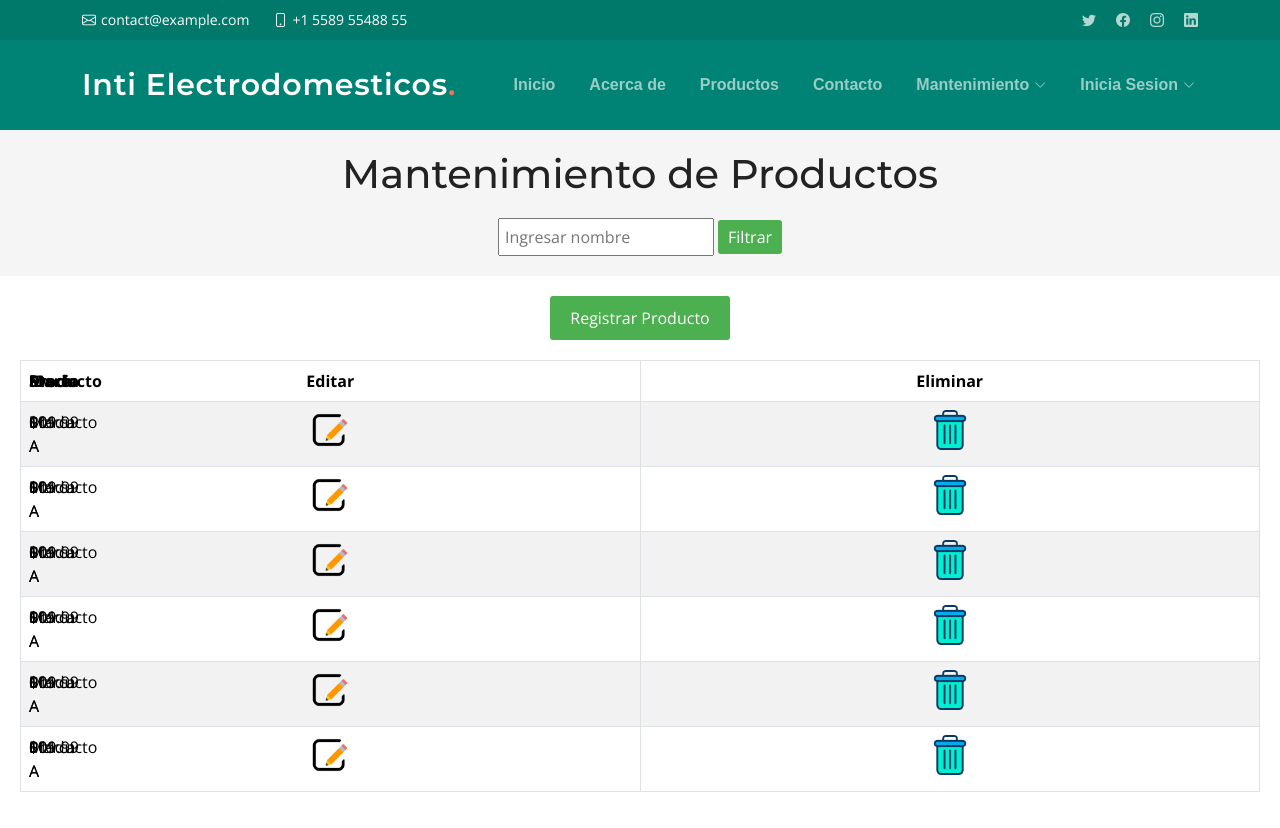
Repository: JReynaldoDelRio/DAWI---IntiElectrdomesticos
Page: http://localhost/mantenimientoProducto
The author's editor kept a copy of each file at every save. The page is drawn from the files as they stood at one save, then again after the next save.
The browser window is 1280 px wide. The pictures show the whole page.
Some web fonts or font styles are not loaded; a fallback is used. Some web libraries are served in a nearby version. The page is this project's Thymeleaf template; nobody is signed in. The template is opened directly, without the code that normally fills it, so the values that code supplies are empty.

Above is the page before, as saved 2023-06-07 17:29:30.

### IntiElectrodomesticos/src/main/resources/templates/mantenimientoProducto.html
<!DOCTYPE html>
<html>
<head>
<meta charset="ISO-8859-1">
  <meta charset="utf-8">
  <meta content="width=device-width, initial-scale=1.0" name="viewport">

<link rel="stylesheet" href="css/producto.css">

  <link href="assets/img/favicon.png" rel="icon">
  <link href="assets/img/apple-touch-icon.png" rel="apple-touch-icon">

  <link rel="preconnect" href="https://fonts.googleapis.com">
  <link rel="preconnect" href="https://fonts.gstatic.com" crossorigin>
  <link href="https://fonts.googleapis.com/css2?family=Open+Sans:ital,wght@0,300;0,400;0,500;0,600;0,700;1,300;1,400;1,600;1,700&family=Montserrat:ital,wght@0,300;0,400;0,500;0,600;0,700;1,300;1,400;1,500;1,600;1,700&family=Raleway:ital,wght@0,300;0,400;0,500;0,600;0,700;1,300;1,400;1,500;1,600;1,700&display=swap" rel="stylesheet">

  <link href="assets/vendor/bootstrap/css/bootstrap.min.css" rel="stylesheet">
  <link href="assets/vendor/bootstrap-icons/bootstrap-icons.css" rel="stylesheet">
  <link href="assets/vendor/aos/aos.css" rel="stylesheet">
  <link href="assets/vendor/glightbox/css/glightbox.min.css" rel="stylesheet">
  <link href="assets/vendor/swiper/swiper-bundle.min.css" rel="stylesheet">
  <link rel="stylesheet" href="https://cdn.jsdelivr.net/npm/bootstrap@5.7.1/dist/css/bootstrap.min.css">


  <link href="assets/css/main.css" rel="stylesheet">

<title>Mantenimiento Producto</title>
</head>
<body>

<section id="topbar" class="topbar d-flex align-items-center">
    <div class="container d-flex justify-content-center justify-content-md-between">
      <div class="contact-info d-flex align-items-center">
        <i class="bi bi-envelope d-flex align-items-center"><a href="mailto:contact@example.com">contact@example.com</a></i>
        <i class="bi bi-phone d-flex align-items-center ms-4"><span>+1 5589 55488 55</span></i>
      </div>
      <div class="social-links d-none d-md-flex align-items-center">
        <a href="#" class="twitter"><i class="bi bi-twitter"></i></a>
        <a href="#" class="facebook"><i class="bi bi-facebook"></i></a>
        <a href="#" class="instagram"><i class="bi bi-instagram"></i></a>
        <a href="#" class="linkedin"><i class="bi bi-linkedin"></i></i></a>
      </div>
    </div>
  </section>

  <header id="header" class="header d-flex align-items-center">

    <div class="container-fluid container-xl d-flex align-items-center justify-content-between">
      <a href="index.html" class="logo d-flex align-items-center">

        <!-- <img src="assets/img/logo.png" alt=""> -->
        <h1>Inti Electrodomesticos<span>.</span></h1>
      </a>
      <nav id="navbar" class="navbar">
        <ul>
          <li><a href="/inicio">Inicio</a></li>
          <li><a href="#about">Acerca de </a></li>

          <li><a href="#portfolio">Productos</a></li>



          <li><a href="#contact">Contacto</a></li>
          <li class="dropdown"><a href="#"><span>Mantenimiento</span> <i class="bi bi-chevron-down dropdown-indicator"></i></a>
            <ul>

              <li class="dropdown"><a href="/mantenimientoProducto"><span>Productos</span> <i class="bi bi-chevron-down dropdown-indicator"></i></a>
              </li>
              <li class="dropdown"><a href="#"><span>Cliente</span> <i class="bi bi-chevron-down dropdown-indicator"></i></a>
                <ul>
                  <li><a href="#">Listar</a></li>
                  <li><a href="#">Agregar</a></li>
                  <li><a href="#">Eliminar</a></li>
                  <li><a href="#">Actualizar</a></li>
                </ul>
              </li>
              <li class="dropdown"><a href="#"><span>Proveedor</span> <i class="bi bi-chevron-down dropdown-indicator"></i></a>
                <ul>
                  <li><a href="#">Listar</a></li>
                  <li><a href="#">Agregar</a></li>
                  <li><a href="#">Eliminar</a></li>
                  <li><a href="#">Actualizar</a></li>
                </ul>
              </li>
              <li class="dropdown"><a href="#"><span>Factura</span> <i class="bi bi-chevron-down dropdown-indicator"></i></a>
                <ul>
                  <li><a href="#">Listar</a></li>
                  <li><a href="#">Agregar</a></li>
                  <li><a href="#">Eliminar</a></li>
                  <li><a href="#">Actualizar</a></li>
                </ul>
              </li>


            </ul>
          </li>
          <li class="dropdown"><a href="#"><span>Inicia Sesion</span> <i class="bi bi-chevron-down dropdown-indicator"></i></a>
            <ul>

              <li class="dropdown"><a href="#"><span>Ingresar</span> </a>

              </li>
              <li class="dropdown"><a href="#"><span>Registrar</span> </a>

              </li>

            </ul>
          </li>

        </ul>
      </nav>

      <i class="mobile-nav-toggle mobile-nav-show bi bi-list"></i>
      <i class="mobile-nav-toggle mobile-nav-hide d-none bi bi-x"></i>

    </div>
  </header>
 <header>
        <h1>Mantenimiento de Productos</h1>
        <div class="filter-form">
          <input type="text" placeholder="Ingresar nombre">
          <button>Filtrar</button>
        </div>
      </header>
      <main>
        <button class="register-button" onclick="openDialog()">Registrar Producto</button>
        <table class="table table-bordered table-striped text-center">
          <thead>
            <tr>
              <th>ID</th>
              <th>Producto</th>
              <th>Marca</th>
              <th>Stock</th>
              <th>Precio</th>
              <th>Editar</th>
              <th>Eliminar</th>
            </tr>
          </thead>
          <tbody>
            <tr>
              <td>001</td>
              <td>Producto A</td>
              <td>Marca A</td>
              <td>10</td>
              <td>$19.99</td>
              <td><img src="img/editar.png" alt="Editar"></td>
              <td><img src="img/eliminar.png" alt="Editar"></td>
            </tr>
            <!-- Más filas de la tabla aquí -->
            <tr>
                <td>001</td>
                <td>Producto A</td>
                <td>Marca A</td>
                <td>10</td>
                <td>$19.99</td>
                <td><img src="img/editar.png" alt="Editar"></td>
                <td><img src="img/eliminar.png" alt="Editar"></td>
              </tr>
              <tr>
                <td>001</td>
                <td>Producto A</td>
                <td>Marca A</td>
                <td>10</td>
                <td>$19.99</td>
                <td><img src="img/editar.png" alt="Editar"></td>
                <td><img src="img/eliminar.png" alt="Editar"></td>
              </tr>
              <tr>
                <td>001</td>
                <td>Producto A</td>
                <td>Marca A</td>
                <td>10</td>
                <td>$19.99</td>
                <td><img src="img/editar.png" alt="Editar"></td>
                <td><img src="img/eliminar.png" alt="Editar"></td>
              </tr>
              <tr>
                <td>001</td>
                <td>Producto A</td>
                <td>Marca A</td>
                <td>10</td>
                <td>$19.99</td>
                <td><img src="img/editar.png" alt="Editar"></td>
                <td><img src="img/eliminar.png" alt="Editar"></td>
              </tr>
              <tr>
                <td>001</td>
                <td>Producto A</td>
                <td>Marca A</td>
                <td>10</td>
                <td>$19.99</td>
                <td><img src="img/editar.png" alt="Editar"></td>
                <td><img src="img/eliminar.png" alt="Editar"></td>
              </tr>
          </tbody>
        </table>
      </main>

    <dialog id="register-dialog" >
        <h2>Registro de Producto</h2>
        <form>
          <label for="name">Nombre:</label>
          <select id="name">
            <option value="producto1">Producto 1</option>
            <option value="producto2">Producto 2</option>
            <option value="producto3">Producto 3</option>
          </select>

          <label for="brand">Marca:</label>
          <select id="brand">
            <option value="marca1">Marca 1</option>
            <option value="marca2">Marca 2</option>
            <option value="marca3">Marca 3</option>
          </select>

          <label for="stock">Stock:</label>
          <input type="number" id="stock">

          <label for="price">Precio:</label>
          <input type="number" step="0.01" id="price">

          <button type="button" onclick="registerProduct()">Registrar</button>
          <button type="button" onclick="closeDialog()">Cancelar</button>
        </form>
      </dialog>
      <script src="js/producto.js"></script>
</body>
</html>

### IntiElectrodomesticos/src/main/resources/static/css/producto.css
body {
	font-family: Arial, sans-serif;
	margin: 0;
	padding: 0;
}

header {
	background-color: #f5f5f5;
	padding: 20px;
}

h1 {
	text-align: center;
	margin-top: 0;
}

.filter-form {
	text-align: center;
	margin-top: 20px;
}

.filter-form input[type="text"] {
	padding: 5px;
}

.filter-form button {
	padding: 5px 10px;
	background-color: #4CAF50;
	color: white;
	border: none;
	border-radius: 3px;
	cursor: pointer;
}

main {
	padding: 20px;
	display: flex;
	flex-direction: column;
	align-items: center;
}

.register-button {
	padding: 10px 20px;
	background-color: #4CAF50;
	color: white;
	border: none;
	border-radius: 3px;
	cursor: pointer;
	margin-bottom: 20px;
}

table {
	margin: 0 auto; /* Centrar la tabla horizontalmente */
	max-width: 1400px; /* Ancho máximo de la tabla */
	width: 100%;
	table-layout: fixed; /* Fijar el ancho de las columnas */
}

th, td {
	padding: 10px;
	text-align: center;
	border-bottom: 1px solid #ddd;
}

th {
	background-color: #f5f5f5;
}

tbody tr:hover {
	background-color: #f9f9f9;
}

th:nth-child(6), td:nth-child(6), th:nth-child(7), td:nth-child(7) {
	width: 50.28%; /* Tamaño de cada columna (100% / 7) */
}



img {
	width: 40px;
	height: 40px;
}

dialog {
	border: none;
	padding: 20px;
	width: 400px;
	background-color: #f5f5f5;
	position: fixed;
	top: 50%;
	left: 30%;
	transform: translate(-50%, -50%);
}

dialog h2 {
	margin-top: 0;
	font-size: 24px;
	color: #4CAF50;
	border-bottom: 2px solid #4CAF50;
	text-align: center;
	padding-bottom: 10px;
}

dialog form {
	display: flex;
	flex-direction: column;
}

dialog label {
	margin-bottom: 5px;
}

dialog input, dialog select {
	margin-bottom: 10px;
	padding: 5px;
}

dialog button {
	padding: 5px 10px;
	background-color: #4CAF50;
	color: white;
	border: none;
	border-radius: 3px;
	cursor: pointer;
	margin-top: 10px;
}

Loaded but not shown: IntiElectrodomesticos/src/main/resources/static/js/producto.js (20 lines, source omitted); IntiElectrodomesticos/src/main/resources/static/assets/css/main.css (2669 lines, source omitted)

After the next save:
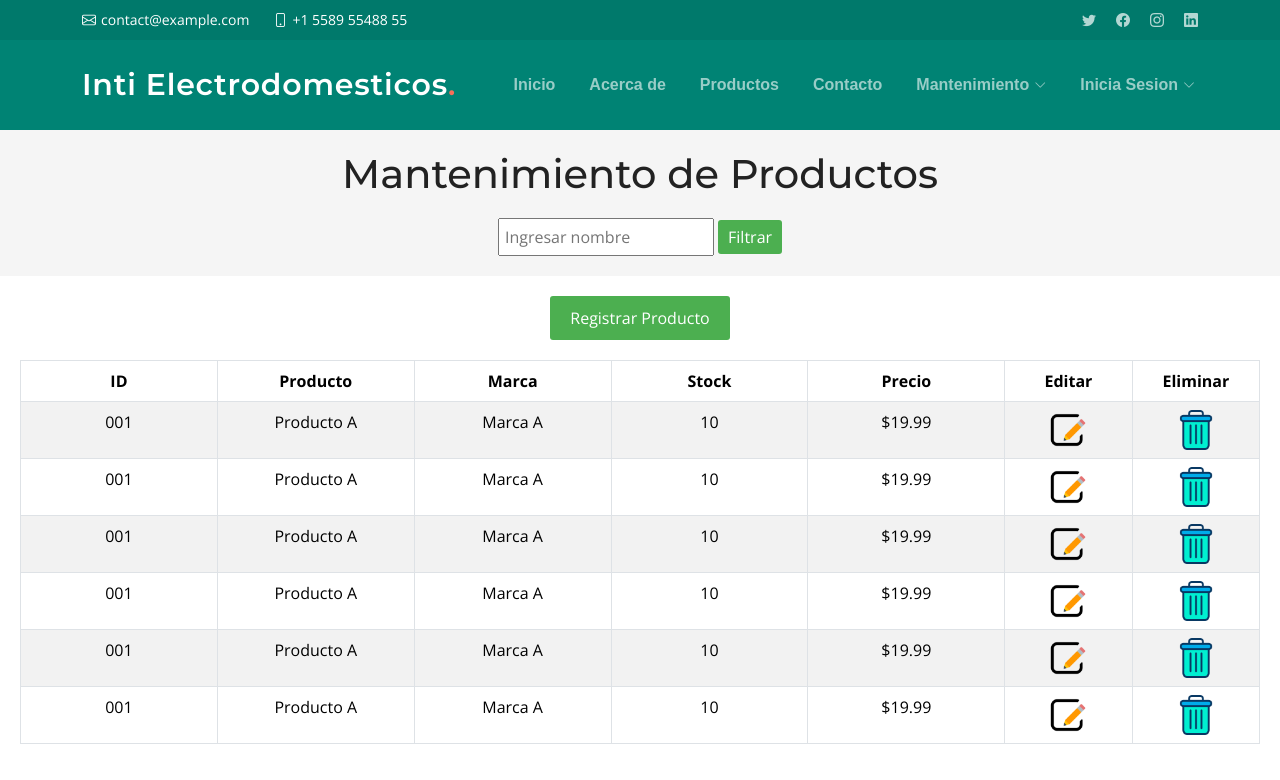
Saved 6 s later.
--- a/IntiElectrodomesticos/src/main/resources/static/css/producto.css
+++ b/IntiElectrodomesticos/src/main/resources/static/css/producto.css
@@ -71,7 +71,7 @@ tbody tr:hover {
 }
 
 th:nth-child(6), td:nth-child(6), th:nth-child(7), td:nth-child(7) {
-	width: 50.28%; /* Tamaño de cada columna (100% / 7) */
+	width: 10.28%; /* Tamaño de cada columna (100% / 7) */
 }
 
 
